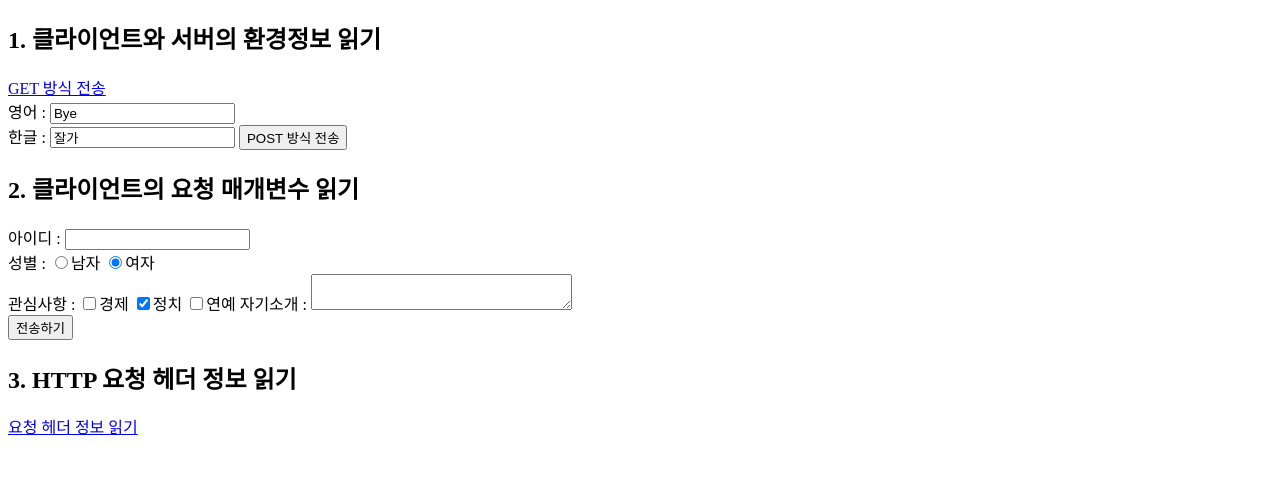
Repository: yu1na/JSP_Servlet
Page: http://localhost/MustHaveJSP/02ImplicitObject/RequestMain.jsp
The author's editor kept a copy of each file at every save. The page is drawn from the files as they stood at one save, then again after the next save.
The browser window is 1280 px wide. The pictures show the whole page.
The page is served by Tomcat 9. Other server files are loaded and not shown.

Above is the page before, as saved 2025-05-02 05:56:33.

### MustHaveJSP/src/main/webapp/02ImplicitObject/RequestMain.jsp
<%@ page language="java" contentType="text/html; charset=UTF-8"
    pageEncoding="UTF-8"%>
<!DOCTYPE html>
<html>
	<head>
	<meta charset="UTF-8">
	<title>내장객체 -request</title>
	</head>
	<body>
		<h2>1. 클라이언트와 서버의 환경정보 읽기</h2>
		<a href="./RequestWebInfo.jsp?eng=Hello&han=안녕">
			GET 방식 전송
		</a>
		<br />
		<form action="RequestWebInfo.jsp" method="post" accept-charset="utf-8">
			영어 : <input type="text" name="eng" value="Bye" /><br />
			한글 : <input type="text" name="han" value="잘가" />
			<input type="submit" value="POST 방식 전송" />
		</form>

		<h2> 2. 클라이언트의 요청 매개변수 읽기</h2>
		<form meyhod="post" action="RequestParameter.jsp">
			아이디 : <input type="text" name="id" value="" /><br />
			성별 :
			<input type="radio" name="sex" value="man" />남자
			<input type="radio" name="sex" value="woman" checked="checked"/>여자
			<br />
			관심사항 :
			<input type="checkbox" name="favo" value="eco" />경제
			<input type="checkbox" name="favo" value="pol" checked="checked" />정치
			<input type="checkbox" name="favo" value="ent" />연예
			자기소개 :
			<textarea row="4" cols="30" name="intro"></textarea>
			<br />
			<input type="submit" value="전송하기" />
		</form>

		<h2>3. HTTP 요청 헤더 정보 읽기</h2>
		<a href="RequestHeader.jsp">
			요청 헤더 정보 읽기
		</a>
	</body>
</html>

After the next save:
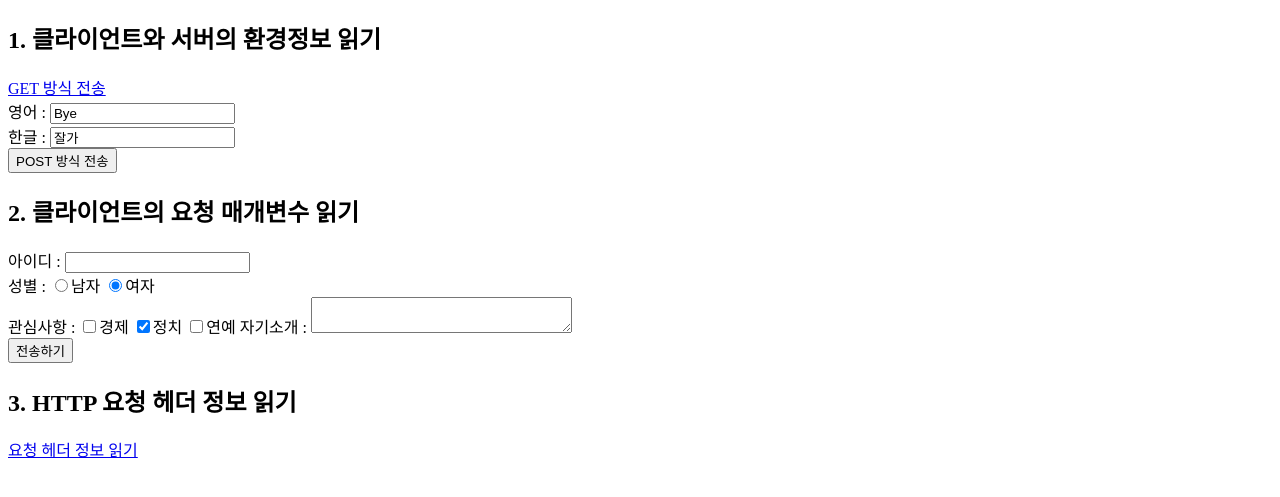
Saved 26 s later.
--- a/MustHaveJSP/src/main/webapp/02ImplicitObject/RequestMain.jsp
+++ b/MustHaveJSP/src/main/webapp/02ImplicitObject/RequestMain.jsp
@@ -14,7 +14,7 @@
 		<br />
 		<form action="RequestWebInfo.jsp" method="post" accept-charset="utf-8">
 			영어 : <input type="text" name="eng" value="Bye" /><br />
-			한글 : <input type="text" name="han" value="잘가" />
+			한글 : <input type="text" name="han" value="잘가" /><br />
 			<input type="submit" value="POST 방식 전송" />
 		</form>
 
